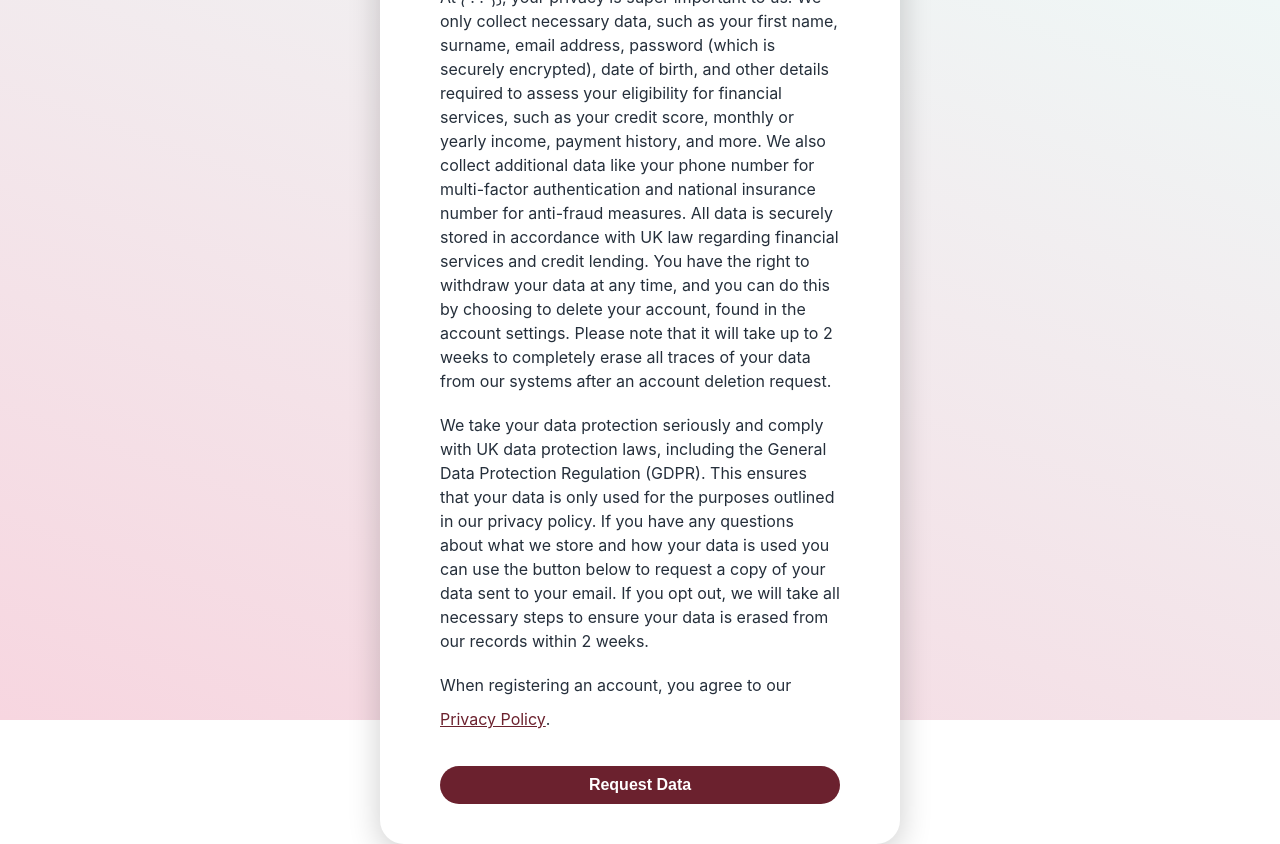
Repository: aab232/https---github.com-aab232-Deferred-Payment-Platform
Page: /privacy (app in frontend/)
The author's editor kept a copy of each file at every save. The page is drawn from the files as they stood at one save, then again after the next save.
The browser window is 1280 px wide. The pictures show the whole page.
The project was rebuilt for these pictures with package versions that can differ from the ones it lists, and the page was loaded fresh each time. Also part of the build but not shown: frontend/src/components/Home.js, frontend/src/components/Register.js, frontend/src/components/Login.js, frontend/src/components/Main.css, frontend/src/components/Main.js, frontend/src/components/BackButton.css, frontend/src/components/BackButton.js, frontend/src/components/Settings.js.

Above is the page before, as saved 2025-04-01 02:13:42.

After the next save:
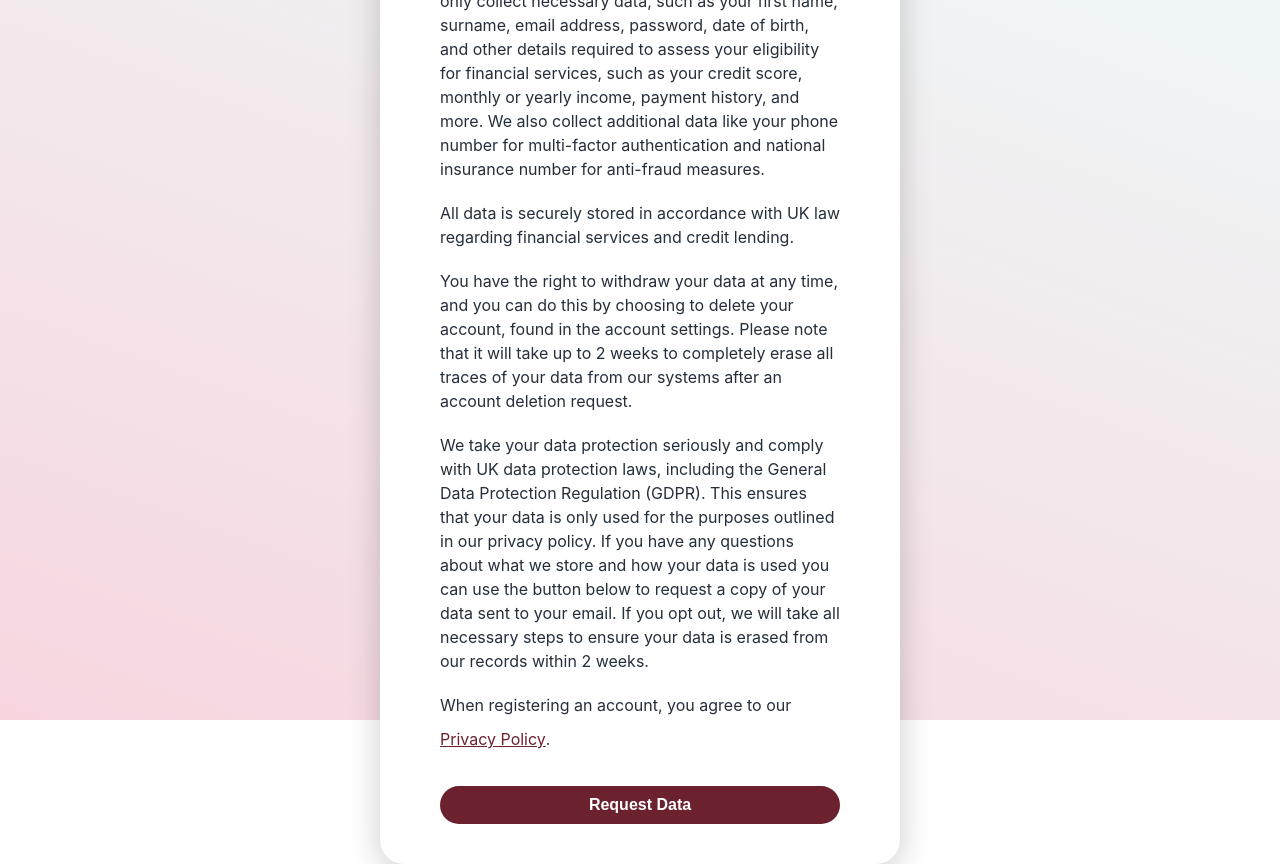
Saved 2 min 19 s later.
--- a/frontend/src/components/Privacy.js
+++ b/frontend/src/components/Privacy.js
@@ -7,7 +7,11 @@ const Privacy = () => {
       <div className="form-card">
         <h2>Data Privacy</h2>
 
-        <p>At ₍^. .^₎⟆, your privacy is super important to us. We only collect necessary data, such as your first name, surname, email address, password (which is securely encrypted), date of birth, and other details required to assess your eligibility for financial services, such as your credit score, monthly or yearly income, payment history, and more. We also collect additional data like your phone number for multi-factor authentication and national insurance number for anti-fraud measures. All data is securely stored in accordance with UK law regarding financial services and credit lending. You have the right to withdraw your data at any time, and you can do this by choosing to delete your account, found in the account settings. Please note that it will take up to 2 weeks to completely erase all traces of your data from our systems after an account deletion request.</p>
+        <p>At ₍^. .^₎⟆, your privacy is super important to us. We only collect necessary data, such as your first name, surname, email address, password, date of birth, and other details required to assess your eligibility for financial services, such as your credit score, monthly or yearly income, payment history, and more. We also collect additional data like your phone number for multi-factor authentication and national insurance number for anti-fraud measures.</p>
+
+        <p>All data is securely stored in accordance with UK law regarding financial services and credit lending.</p>
+
+        <p>You have the right to withdraw your data at any time, and you can do this by choosing to delete your account, found in the account settings. Please note that it will take up to 2 weeks to completely erase all traces of your data from our systems after an account deletion request.</p>
 
         <p>We take your data protection seriously and comply with UK data protection laws, including the General Data Protection Regulation (GDPR). This ensures that your data is only used for the purposes outlined in our privacy policy. If you have any questions about what we store and how your data is used you can use the button below to request a copy of your data sent to your email. If you opt out, we will take all necessary steps to ensure your data is erased from our records within 2 weeks.</p>
 
